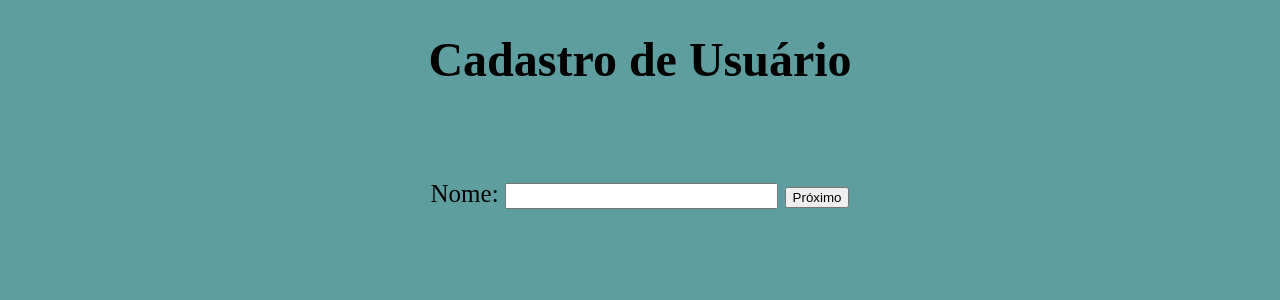
Repository: yoda4ever/playground
Page: http://localhost/Mod06_ex02B/tela2.jsp
An editor plug-in stored every save of this project. The page is shown before and after the next save, followed by the edit.
The browser window is 1280 px wide. The pictures show the whole page.
The page is served by Tomcat 9. Other server files are loaded and not shown.

Above is the page before, as saved 2017-05-06 15:57:59.

### Mod06_ex02B/WebContent/tela2.jsp
<%@ page language="java" contentType="text/html; charset=ISO-8859-1"
    pageEncoding="ISO-8859-1"%>
<!DOCTYPE html PUBLIC "-//W3C//DTD HTML 4.01 Transitional//EN" "http://www.w3.org/TR/html4/loose.dtd">
<html>
<head>
<meta http-equiv="Content-Type" content="text/html; charset=ISO-8859-1">
<title>Cadastro</title>
</head>
<body style="background-color: cadetblue;">

		<center>
			<h1 style="font-family: cursive;font-size: -webkit-xxx-large;">
				Cadastro de Usuário
			</h1>
		</center>

		<br><br>

		<center>
			<form action="Cadastrar" method="post">
				<input type="hidden" name="pagina" value="2">

				<p style="font-size: 25px;font-family: cursive;"> Nome:
					<input type="text" maxlength="35" name="nome" style="height: 20px; width: 21%; font-size: 20px; text-align: center;">
					<button>Próximo</button>
				</p>
			</form>
		</center>



</body>
</html>

After the next save:
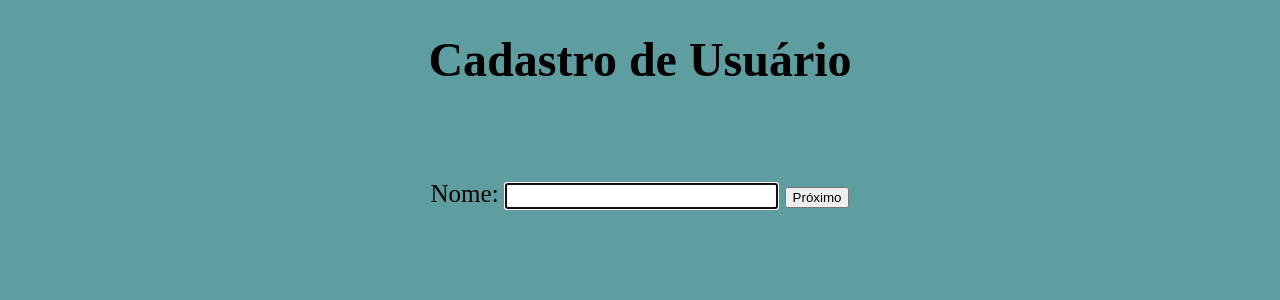
Saved 24 s later.
--- a/Mod06_ex02B/WebContent/tela2.jsp
+++ b/Mod06_ex02B/WebContent/tela2.jsp
@@ -21,7 +21,7 @@
 				<input type="hidden" name="pagina" value="2">
 
 				<p style="font-size: 25px;font-family: cursive;"> Nome:
-					<input type="text" maxlength="35" name="nome" style="height: 20px; width: 21%; font-size: 20px; text-align: center;">
+					<input type="text" maxlength="35" name="nome" autofocus style="height: 20px; width: 21%; font-size: 20px; text-align: center;">
 					<button>Próximo</button>
 				</p>
 			</form>
